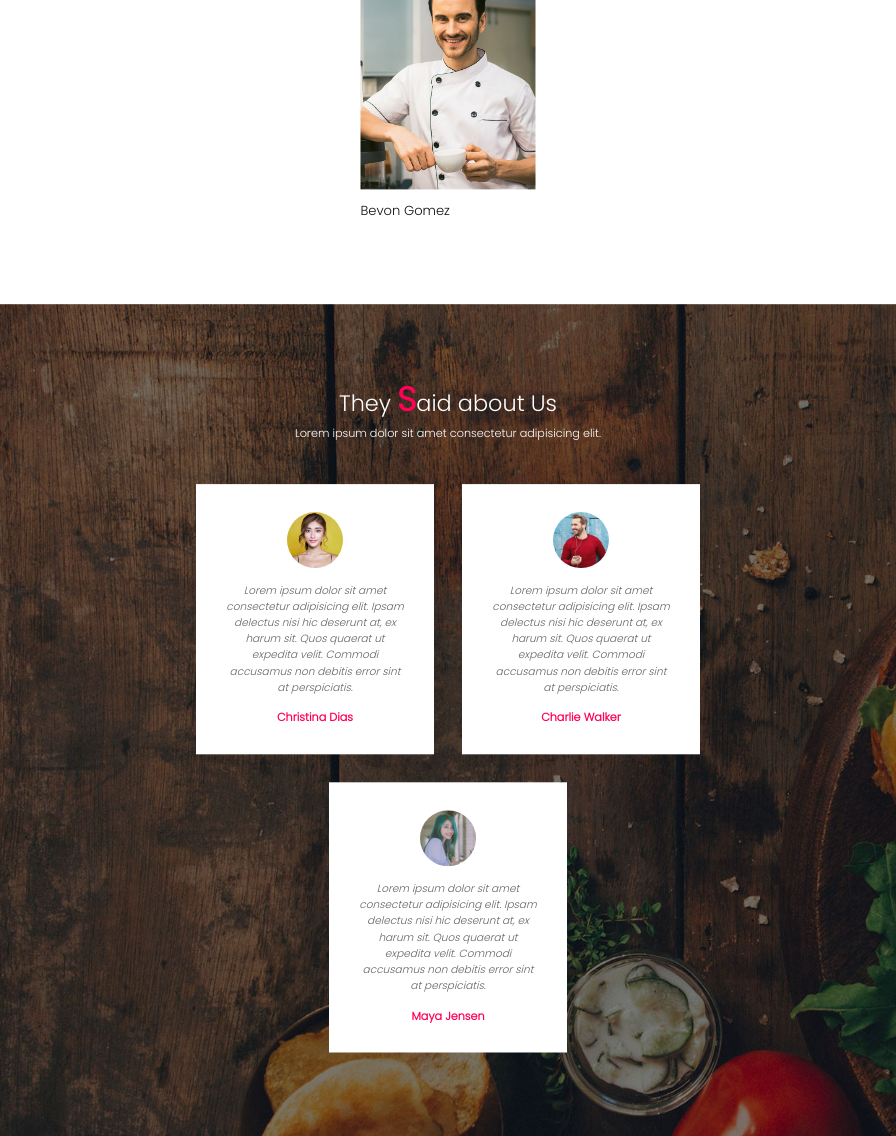
Repository: Adriandias1997/MobileFriendly_FoodWebsite
Page: index.html
The author's editor kept a copy of each file at every save. The page is drawn from the files as they stood at one save, then again after the next save.
The browser window is 1280 px wide. The pictures show the part of the page from y = 3592 to 5512 px (the page is 5215 px tall before and 5512 px after), at 70% of full size.

Above is the page before, as saved 2020-10-16 17:48:44.

### index.html
<!DOCTYPE html>
<html lang="en">

<head>
    <meta charset="UTF-8">
    <meta name="viewport" content="width=device-width, initial-scale=1.0">
    <title>Food</title>
    <link rel="stylesheet" href="style.css">
</head>

<body>
    <header>
        <a href="#" class="logo">Food <span>Corner</span></a>
        <ul class="navigation">
            <li><a href="#banner">Home</a></li>
            <li><a href="#about">About Us</a></li>
            <li><a href="#menu">Menu</a></li>
            <li><a href="#expert">Expert</a></li>
            <li><a href="#testimonials">Testimonials</a></li>
            <li><a href="#contact">Contact</a></li>
        </ul>

    </header>
    <section class="banner" id="banner">
        <div class="content">
            <h2>Always choose Good</h2>
            <p>Lorem ipsum dolor sit amet consectetur adipisicing elit. Ipsam delectus nisi hic deserunt at, ex harum sit. Quos quaerat ut expedita velit. Commodi accusamus non debitis error sint at perspiciatis.</p>

            <a href="#" class="btn">Our Menu</a>
        </div>
    </section>

    <section class="about" id="about">
        <div class="row">
            <div class="col50">
                <h2 class="titleText"><span>A</span>bout Us</h2>
                <p>Lorem ipsum dolor sit amet consectetur adipisicing elit. Dolorum vero quam, at fuga facilis maiores consequatur! Quibusdam possimus debitis sed alias, provident fuga voluptatem, tempora eligendi aliquid quaerat laudantium repellat. Lorem
                    ipsum dolor sit amet consectetur adipisicing elit. Dolorum vero quam, at fuga facilis maiores consequatur! Quibusdam possimus debitis sed alias, provident fuga voluptatem, tempora eligendi aliquid quaerat laudantium repellat. Lorem
                    ipsum dolor sit amet consectetur adipisicing elit. Dolorum vero quam, at fuga facilis maiores consequatur! Quibusdam possimus debitis sed alias, provident fuga voluptatem, tempora eligendi aliquid quaerat laudantium repellat.
                </p>
            </div>
            <div class="col50">
                <div class="imgBx">
                    <img src="./Images/img1.jpg" alt="">
                </div>
            </div>
        </div>
    </section>

    <section class="menu" id="menu">
        <div class="title">
            <h2 class="titleText">Our <span>M</span>enu</h2>
            <p>Lorem ipsum dolor sit amet consectetur adipisicing elit.
            </p>
        </div>
        <div class="content">
            <div class="box">
                <div class="imgBx">
                    <img src="Images/menu1.jpg" alt="">
                </div>
                <div class="text">
                    <h3>Special Salads</h3>
                </div>
            </div>
            <div class="box">
                <div class="imgBx">
                    <img src="Images/menu2.jpg" alt="">
                </div>
                <div class="text">
                    <h3>Special Soups</h3>
                </div>
            </div>
            <div class="box">
                <div class="imgBx">
                    <img src="Images/menu3.jpg" alt="">
                </div>
                <div class="text">
                    <h3>Special Pasta</h3>
                </div>
            </div>
            <div class="box">
                <div class="imgBx">
                    <img src="Images/menu4.jpg" alt="">
                </div>
                <div class="text">
                    <h3>Special Salads</h3>
                </div>
            </div>
            <div class="box">
                <div class="imgBx">
                    <img src="Images/menu5.jpg" alt="">
                </div>
                <div class="text">
                    <h3>Special Soups</h3>
                </div>
            </div>
            <div class="box">
                <div class="imgBx">
                    <img src="Images/menu6.jpg" alt="">
                </div>
                <div class="text">
                    <h3>Special Salads</h3>
                </div>
            </div>
        </div>
        <div class="title">
            <a href="#" class="btn">
                View All
            </a>
        </div>
    </section>
    <section class="expert" id="expert">
        <div class="title">
            <h2 class="titleText">Our Kitchen <span>E</span>xpert</h2>
            <p>Lorem ipsum dolor sit amet consectetur adipisicing elit.
            </p>
        </div>
        <div class="content">
            <div class="box">
                <div class="imgBx">
                    <img src="Images/expert1.jpg" alt="">
                </div>
                <div class="text">
                    <h3>Tyler Brook</h3>
                </div>
            </div>
            <div class="box">
                <div class="imgBx">
                    <img src="Images/expert2.jpg" alt="">
                </div>
                <div class="text">
                    <h3>Dino Blok</h3>
                </div>
            </div>
            <div class="box">
                <div class="imgBx">
                    <img src="Images/expert3.jpg" alt="">
                </div>
                <div class="text">
                    <h3>Melanie Sasha</h3>
                </div>
            </div>
            <div class="box">
                <div class="imgBx">
                    <img src="Images/expert4.jpg" alt="">
                </div>
                <div class="text">
                    <h3>Bevon Gomez</h3>
                </div>
            </div>
        </div>
    </section>

    <section class="testimonials" id="testimonials">
        <div class="title white">
            <h2 class="titleText">They <span>S</span>aid about Us</h2>
            <p>Lorem ipsum dolor sit amet consectetur adipisicing elit.
            </p>
        </div>
        <div class="content">
            <div class="box">

                <div class="imgBx">
                    <img src="Images/testi1.jpg" alt="">
                </div>
                <div class="text">
                    <p>Lorem ipsum dolor sit amet consectetur adipisicing elit. Ipsam delectus nisi hic deserunt at, ex harum sit. Quos quaerat ut expedita velit. Commodi accusamus non debitis error sint at perspiciatis.
                    </p>
                    <h3>Christina Dias</h3>
                </div>
            </div>
            <div class="box">

                <div class="imgBx">
                    <img src="Images/testi2.jpg" alt="">
                </div>
                <div class="text">
                    <p>Lorem ipsum dolor sit amet consectetur adipisicing elit. Ipsam delectus nisi hic deserunt at, ex harum sit. Quos quaerat ut expedita velit. Commodi accusamus non debitis error sint at perspiciatis.
                    </p>
                    <h3>Charlie Walker</h3>
                </div>
            </div>
            <div class="box">

                <div class="imgBx">
                    <img src="Images/testi3.jpg" alt="">
                </div>
                <div class="text">
                    <p>Lorem ipsum dolor sit amet consectetur adipisicing elit. Ipsam delectus nisi hic deserunt at, ex harum sit. Quos quaerat ut expedita velit. Commodi accusamus non debitis error sint at perspiciatis.
                    </p>
                    <h3>Maya Jensen</h3>
                </div>
            </div>
        </div>
    </section>
    <script src="index.js"></script>
</body>

</html>

### style.css
        @import url("https://fonts.googleapis.com/css2?family=Poppins:wght@300&display=swap");
        * {
            margin: 0;
            padding: 0;
            box-sizing: border-box;
            font-family: "Poppins", sans-serif;
            scroll-behavior: smooth;
        }

        p {
            font-weight: 300;
            color: #111;
        }
        /* body {
    min-height: 1000px;
} */

        .banner {
            position: relative;
            width: 100%;
            min-height: 100vh;
            display: flex;
            justify-content: center;
            align-items: center;
            background: url(./Images/bg.jpg);
            background-size: cover;
        }

        .banner .content {
            max-width: 900px;
            text-align: center;
        }

        .banner .content h2 {
            font-size: 5em;
            color: #fff;
        }

        .banner .content p {
            font-size: 1em;
            color: #fff;
        }

        .btn {
            font-size: 1em;
            color: #fff;
            background: #ff0157;
            display: inline-block;
            padding: 10px 30px;
            text-transform: uppercase;
            text-decoration: none;
            letter-spacing: 2px;
            transition: 0.5s;
        }

        .btn:hover {
            background-color: #fff;
            color: #ff0157;
            letter-spacing: 6px;
        }

        header {
            position: fixed;
            top: 0;
            left: 0;
            width: 100%;
            padding: 40px 100px;
            z-index: 10000;
            display: flex;
            justify-content: space-between;
            align-items: center;
            transition: 0.5s;
        }

        header.sticky {
            background: #fff;
            padding: 10px 100px;
            box-shadow: 0 5px 20px rgba(0, 0, 0, 0.05);
        }

        header .logo {
            color: #fff;
            font-weight: 700;
            text-decoration: none;
            font-size: 2em;
        }

        header.sticky .logo {
            color: #111;
        }

        header .logo span {
            color: #ff0157;
        }

        header .navigation {
            position: relative;
            display: flex;
        }

        header .navigation li {
            list-style: none;
            margin-left: 30px;
        }

        header .navigation li a {
            text-decoration: none;
            color: #fff;
            font-weight: 300;
        }

        header.sticky .navigation li a {
            color: #111;
            font-weight: 300;
        }

        header .navigation li a:hover {
            color: #ff0157;
        }

        section {
            padding: 100px;
        }

        .row {
            position: relative;
            width: 100%;
            display: flex;
            justify-content: space-between;
        }

        .row .col50 {
            position: relative;
            width: 48%;
        }

        .titleText {
            color: #111;
            font-size: 2em;
            font-weight: 400;
        }

        .titleText span {
            color: #ff0157;
            font-size: 1.5em;
            font-weight: 700;
        }

        .row .col50 .imgBx {
            position: relative;
            width: 100%;
            height: 100%;
            /* min-height: 300px; */
        }

        .row .col50 .imgBx img {
            position: relative;
            top: 0;
            left: 0;
            width: 100%;
            height: 100%;
            object-fit: cover;
        }

        .title {
            width: 100%;
            display: flex;
            justify-content: center;
            align-items: center;
            flex-direction: column;
        }

        .menu .content {
            display: flex;
            justify-content: center;
            flex-direction: row-reverse;
            flex-wrap: wrap;
            margin-top: 40px;
        }

        .menu .content .box {
            width: 340px;
            margin: 20px;
            border: 15px solid #fff;
            box-shadow: 0 5px 20px rgba(0, 0, 0, 0.08);
        }

        .menu .content .box .imgBx {
            position: relative;
            width: 100%;
            height: 300px;
        }

        .menu .content .box .imgBx img {
            position: absolute;
            top: 0;
            left: 0;
            width: 100%;
            height: 100%;
            object-fit: cover;
        }

        .menu .content .box .text {
            padding: 15px 0 5px;
        }

        .menu .content .box .text h3 {
            font-weight: 400;
            color: #111;
        }

        .expert .content {
            display: flex;
            justify-content: center;
            align-items: center;
            flex-wrap: wrap;
            flex-direction: row;
            margin-top: 40px;
        }

        .expert .content .box {
            width: 250px;
            margin: 15px;
        }

        .expert .content .box .imgBx {
            position: relative;
            width: 100%;
            height: 300px;
        }

        .expert .content .box .imgBx img {
            position: absolute;
            top: 0;
            left: 0;
            width: 100%;
            height: 100%;
            object-fit: cover;
        }

        .expert .content .box .text {
            padding: 15px 0 5px;
        }

        .expert .content .box .text h3 {
            font-weight: 400;
            color: #111;
        }

        .testimonials {
            background: url(./Images/bg2.jpg);
            background-size: cover;
        }

        .white .titleText,
        .white p {
            color: #fff;
        }

        .testimonials .content {
            display: flex;
            justify-content: center;
            flex-wrap: wrap;
            flex-direction: row;
            margin-top: 40px;
        }

        .testimonials .content .box {
            width: 340px;
            margin: 20px;
            padding: 40px;
            background: #fff;
            display: flex;
            justify-content: center;
            align-items: center;
            flex-direction: column;
        }

        .testimonials .content .box .imgBx {
            position: relative;
            width: 80px;
            height: 80px;
            margin-bottom: 20px;
            border-radius: 50%;
            overflow: hidden;
        }

        .testimonials .content .box .imgBx img {
            position: absolute;
            top: 0;
            left: 0;
            width: 100%;
            height: 100%;
            object-fit: cover;
        }

        .testimonials .content .box .text {
            text-align: center;
        }

        .testimonials .content .box .text p {
            color: #666;
            font-style: italic;
            font-size: 15px;
        }

        .testimonials .content .box .text h3 {
            margin-top: 20px;
            color: #ff0157;
            font-size: 1em;
            font-weight: 600;
        }

### index.js
window.addEventListener('scroll', function() {
    const header = document.querySelector('header');
    header.classList.toggle('sticky', window.scrollY > 0);
});

After the next save:
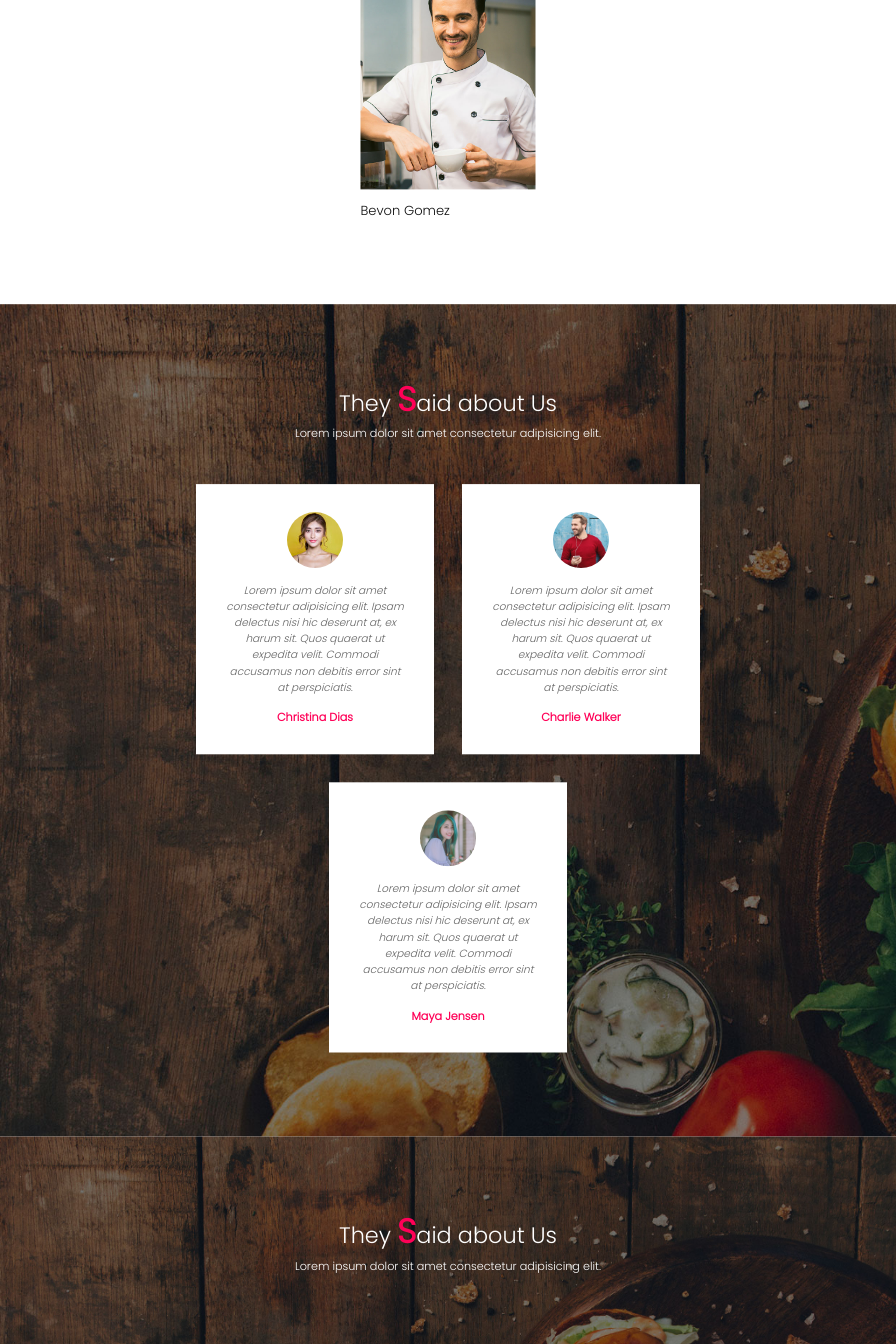
Saved 44 s later.
--- a/index.html
+++ b/index.html
@@ -193,6 +193,14 @@
             </div>
         </div>
     </section>
+
+    <section class="testimonials" id="testimonials">
+        <div class="title white">
+            <h2 class="titleText">They <span>S</span>aid about Us</h2>
+            <p>Lorem ipsum dolor sit amet consectetur adipisicing elit.
+            </p>
+        </div>
+    </section>
     <script src="index.js"></script>
 </body>
 
